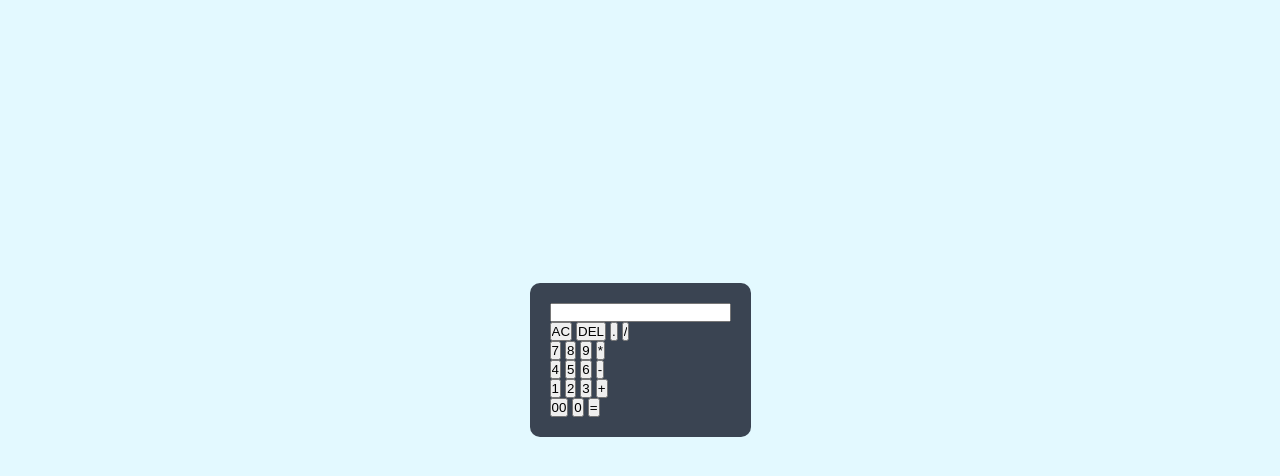
Repository: isaacCodes1/Calculator
Page: index.html
An editor plug-in stored every save of this project. The page is shown before and after the next save, followed by the edit.
The browser window is 1280 px wide. The pictures show the whole page.

Above is the page before, as saved 2024-04-01 18:17:34.

After the next save:
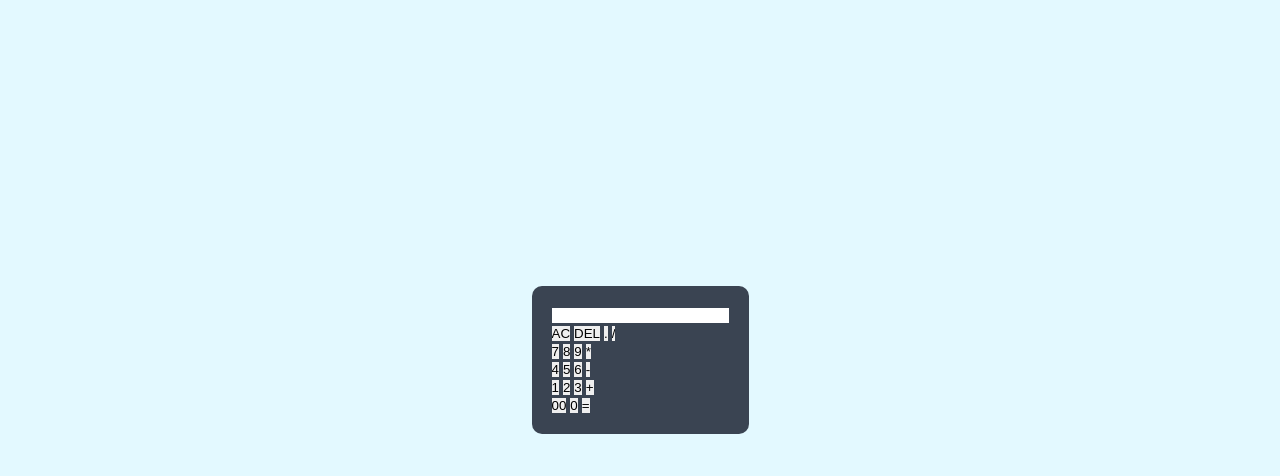
Saved 4 s later.
--- a/style.css
+++ b/style.css
@@ -16,4 +16,6 @@
     padding: 20px;
     border-radius: 10px;
 }
-.calculator form input
+.calculator form input{
+    border: 0;
+}
